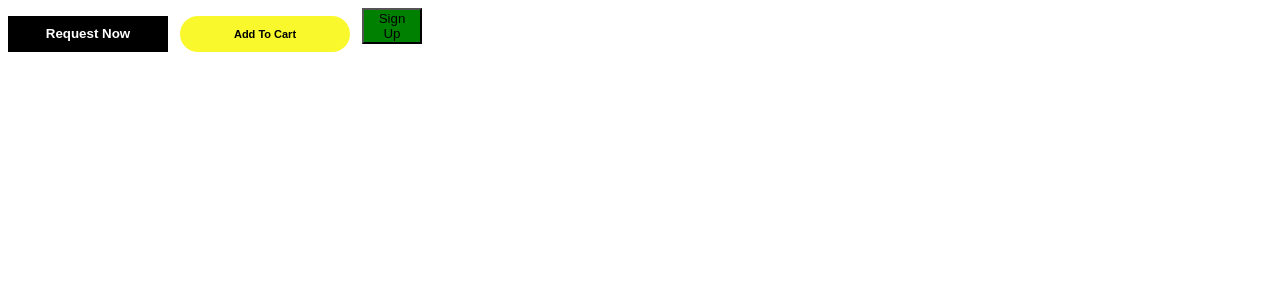
Repository: RagulRanjeeth/Frontend
Page: ButtonsExercise.html
These files come from the project's save history. The page is drawn as it stood at one moment and after the next save; the edit follows.
The browser window is 1280 px wide. The pictures show the whole page.

Above is the page before, as saved 2026-01-19 13:25:39.

After the next save:
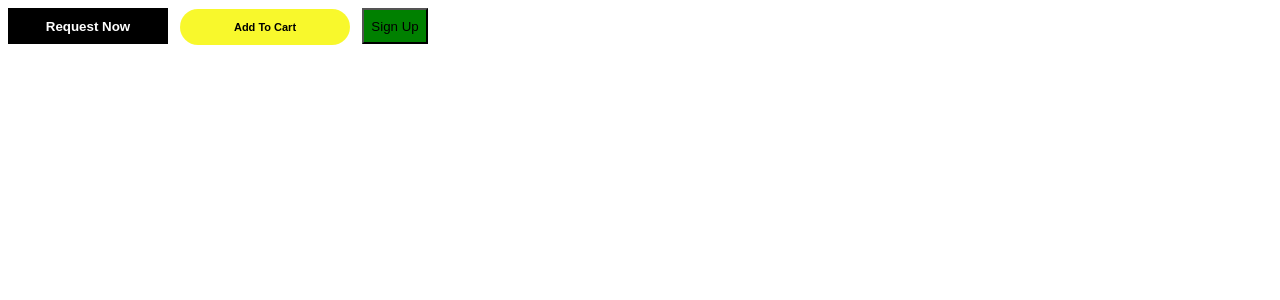
Saved 11 s later.
--- a/ButtonsExercise.html
+++ b/ButtonsExercise.html
@@ -23,7 +23,7 @@
 .gitHub{
     background-color: green;
     height:36px;
-    width: 60px;
+    width: 66px;
     margin-left: 8px;
 
 
